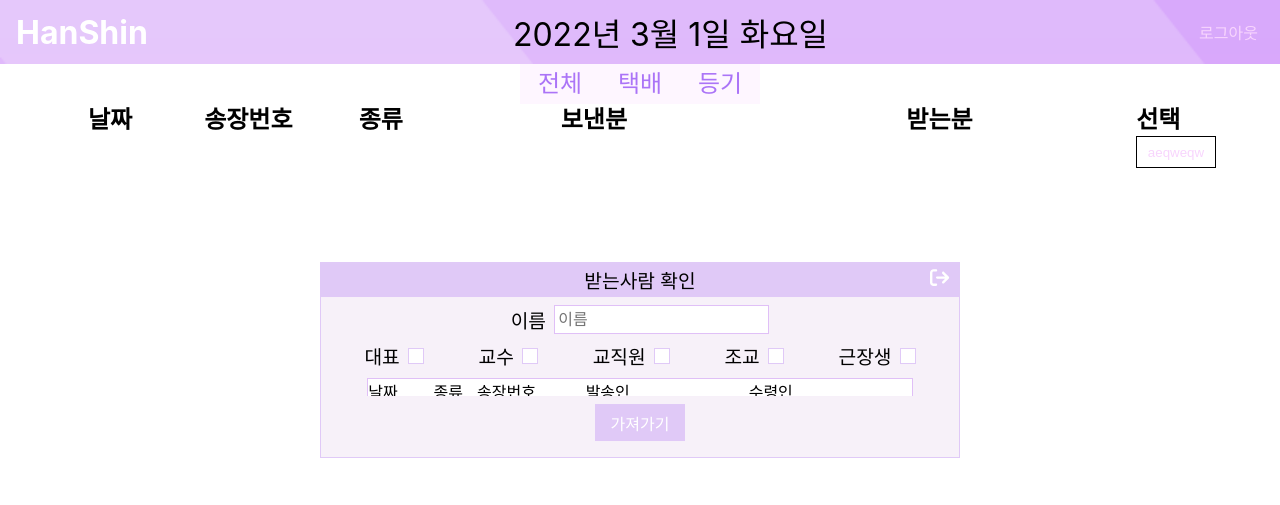
Repository: SeungYn/hanshinClient
Page: /, after clicking the first element matching `button.package_d2e76_submitBtn`
These files come from the project's save history. The page is drawn as it stood at one moment and after a run of saves; the edit follows.
The browser window is 1280 px wide. The pictures show the whole page.
The page's requests for data from a server got no answer. The project was rebuilt for these pictures with package versions that can differ from the ones it lists, and the page was loaded fresh each time. No one was signed in, and anything a server would have sent is missing. Also part of the build but not shown: src/App.css, src/components/item/item.jsx, src/components/addboxs/addBoxs.jsx.

Above is the page before, as saved 2022-03-01 03:14:31.

### public/index.html
<!DOCTYPE html>
<html lang="en">
  <head>
    <meta charset="utf-8" />
    <link rel="icon" href="%PUBLIC_URL%/favicon.ico" />
    <meta name="viewport" content="width=device-width, initial-scale=1" />
    <meta name="theme-color" content="#000000" />
    <meta
      name="description"
      content="Web site created using create-react-app"
    />
  </head>
  <body>
    <div id="root"></div>
  </body>
</html>

### src/index.css
html {
  height: 100%;
}
body {
  margin: 0;
  font-family: -apple-system, BlinkMacSystemFont, 'Segoe UI', 'Roboto', 'Oxygen',
    'Ubuntu', 'Cantarell', 'Fira Sans', 'Droid Sans', 'Helvetica Neue',
    sans-serif;
  -webkit-font-smoothing: antialiased;
  -moz-osx-font-smoothing: grayscale;
  height: 100%;
}
h1 {
  margin: 0;
}
code {
  font-family: source-code-pro, Menlo, Monaco, Consolas, 'Courier New',
    monospace;
}

* {
  box-sizing: border-box;
}
p,
h2 {
  margin: 0;
  padding: 0;
}

ul {
  list-style: none;
  margin: 0;
  padding: 0;
}

input[type='text'] {
  border: 1px solid #e0bff7;
}

### src/App.jsx
import './App.css';
import Header from './components/header/header';
import Package from './components/package/package';
import { Route, Routes } from 'react-router-dom';
import AddBoxs from './components/addboxs/addBoxs';
function App() {
  return (
    <div className='app'>
      <Header />
      <Routes>
        <Route exact path='/' element={<Package />} />
        <Route exact path='/add' element={<AddBoxs />} />
      </Routes>
    </div>
  );
}

export default App;

### src/components/header/header.jsx
import React, { useEffect, useState } from 'react';
import styles from './header.module.css';

const Header = (props) => {
  const [date, setDate] = useState(new Date());
  const [month, setMonth] = useState('');
  const [year, setYear] = useState('');
  const [day, setDay] = useState('');
  const [dates, setDates] = useState('');

  useEffect(() => {
    setMonth(date.getMonth() + 1);
    switch (date.getDay()) {
      case 0:
        setDay('일');
        break;
      case 1:
        setDay('월');
        break;
      case 2:
        setDay('화');
        break;
      case 3:
        setDay('수');
        break;
      case 4:
        setDay('목');
        break;
      case 5:
        setDay('금');
        break;
      case 6:
        setDay('토');
        break;
    }
    setYear(date.getFullYear());
    setDates(date.getDate());
  }, [date, month, year, dates, day]);

  return (
    <header className={styles.headers}>
      <h1 className={styles.title}>HanShin</h1>
      <p
        className={styles.day}
      >{`${year}년 ${month}월 ${dates}일 ${day}요일`}</p>
      <nav className={styles.menu}>
        <button className={styles.menu__item}>로그아웃</button>
      </nav>
    </header>
  );
};

export default Header;

### src/components/package/package.jsx
import React, { useEffect, useState } from 'react';
import Item from '../item/item';
import ReceiverInput from '../receiverInput/receiverInput';
import styles from './package.module.css';

const Package = (props) => {
  const [item, setItem] = useState([]);

  const [selectedPackages, setSelectedPackages] = useState([]);
  const [receiverInputActivate, setReceiverInputActivate] = useState(false);

  const addList = (box) => {
    //축약 : setSelectedPackages([...selectedPackages, box]);
    const list = [...selectedPackages, box];
    setSelectedPackages(list);
  };

  const removeList = (box) => {
    const list = selectedPackages.filter((item) => {
      if (item.boxId !== box.boxId) {
        return item;
      }
    });

    setSelectedPackages(list);
  };

  const onSubmit = () => {
    console.log(selectedPackages);
    setReceiverInputActivate(true);
  };

  useEffect(() => {
    fetch('http://localhost:8080/packages/') //
      .then((data) => data.json())
      .then((data) => setItem(data));
  }, []);

  return (
    <div className={styles.package}>
      <nav className={styles.navbar}>
        <div className={styles.navbar__item}>전체</div>
        <div className={styles.navbar__item}>택배</div>
        <div className={styles.navbar__item}>등기</div>
      </nav>

      <section className={styles.contents}>
        <ul className={styles.itemList}>
          <li className={styles.items}>
            <h2 className={styles.item}>날짜</h2>
            <h2 className={styles.item}>송장번호</h2>
            <h2 className={styles.item}>종류</h2>
            <h2 className={styles.item}>보낸분</h2>
            <h2 className={styles.item}>받는분</h2>
            <h2 className={styles.item}>선택</h2>
          </li>
          {item.map((box) => (
            <Item
              key={box.boxId}
              item={box}
              addList={addList}
              removeList={removeList}
            />
          ))}
        </ul>
      </section>
      <button className={styles.submitBtn} onClick={onSubmit}>
        aeqweqw
      </button>
      {receiverInputActivate ? (
        <ReceiverInput selectedPackages={selectedPackages} />
      ) : (
        ''
      )}
    </div>
  );
};

export default Package;

### src/components/header/header.module.css
.headers {
  background: no-repeat url('./backimg.png');
  background-size: cover;
  height: 4rem;
  display: flex;
  justify-content: space-between;
  align-items: center;
  padding: 0.1rem 1rem;
}

.title {
  color: white;
}
.day {
  font-size: 2rem;
}
.menu__item {
  border: 0;
  background: none;
  font-size: 1rem;
}

### src/components/receiverInput/receiverInput.jsx
import React from 'react';
import styles from './receiverInput.module.css';
import { FontAwesomeIcon } from '@fortawesome/react-fontawesome';
import { faArrowRightFromBracket } from '@fortawesome/free-solid-svg-icons';

const ReceiverInput = ({ selectedPackages }) => {
  console.log(selectedPackages);
  return (
    <form className={styles.receiverForm}>
      <header className={styles.receiverForm__header}>
        <p className={styles.reveiverForm__header__title}>받는사람 확인</p>
        <p className={styles.reveiverForm__header__exit}>
          <FontAwesomeIcon icon={faArrowRightFromBracket}></FontAwesomeIcon>
        </p>
      </header>
      <section className={styles.receiverForm__body}>
        <div className={styles.name__group}>
          <p className={styles.input__title}>이름</p>
          <input type='text' placeholder='이름' />
        </div>
        <ul className={styles.radio__group}>
          <li className={styles.radio__label__group}>
            <label htmlFor='대표' className={styles.radio__label}>
              대표
            </label>
            <input type='radio' id='대표' name='position' value='대표' />
            <label htmlFor='대표' className={styles.checkedBox}></label>
          </li>

          <li className={styles.radio__label__group}>
            <label htmlFor='교수' className={styles.radio__label}>
              교수
            </label>
            <input type='radio' id='교수' name='position' value='교수' />
            <label htmlFor='교수' className={styles.checkedBox}></label>
          </li>
          <li className={styles.radio__label__group}>
            <label htmlFor='교직원' className={styles.radio__label}>
              교직원
            </label>
            <input type='radio' id='교직원' name='position' value='교직원' />
            <label htmlFor='교직원' className={styles.checkedBox}></label>
          </li>
          <li className={styles.radio__label__group}>
            <label htmlFor='조교' className={styles.radio__label}>
              조교
            </label>
            <input type='radio' id='조교' name='position' value='조교' />
            <label htmlFor='조교' className={styles.checkedBox}></label>
          </li>
          <li className={styles.radio__label__group}>
            <label htmlFor='근장생' className={styles.radio__label}>
              근장생
            </label>
            <input type='radio' id='근장생' name='position' value='근장생' />
            <label htmlFor='근장생' className={styles.checkedBox}></label>
          </li>
        </ul>

        <ul className={styles.packageList}>
          <li>
            <span>날짜</span>
            <span>종류</span>
            <span>송장번호</span>
            <span>발송인</span>
            <span>수령인</span>
          </li>
          {selectedPackages.map((item) => (
            <li key={item.boxId}>
              <span>{item.date}</span>
              <span>{item.kind}</span>
              <span>{item.boxId}</span>
              <span>{item.sender}</span>
              <span>{item.receiver}</span>
            </li>
          ))}
        </ul>
      </section>
      <div className={styles.receiverForm__Footer}>
        <button
          type='button'
          className={`${styles.receiverBtn} ${styles.check}`}
        >
          가져가기
        </button>
      </div>
    </form>
  );
};

export default ReceiverInput;

### src/components/package/package.module.css
.package {
  width: 100%;
  height: 100%;
  display: flex;
  flex-direction: column;
  align-items: center;
}

.navbar {
  display: flex;
  justify-content: center;
  color: #ab74f7;
  width: 100%;
}

.navbar__item {
  text-align: center;
  line-height: 1.5rem;
  font-size: 1.5rem;
  flex-basis: 5rem;
  background-color: #fef6ff;
  padding: 0.5rem;
}

.navbar__item:hover {
  background-color: #ab74f7;
  color: #fef6ff;
  cursor: pointer;
}

.itemList {
  height: 100%;
  display: grid;
  grid-auto-rows: minmax(2rem, auto);
}

.items {
  display: grid;
  grid-template-columns: 8% 16% 7% 30% 30% 8%;
  height: 2rem;
}

h2 {
  text-align: center;
  line-height: 2rem;
}

.contents {
  width: 90%;
}

.submitBtn {
  align-self: flex-end;
  margin-right: 5%;
  border: 1px solid black;
  height: 2rem;
  width: 5rem;
}

.submitBtn:hover {
  cursor: pointer;
}

### src/components/addboxs/addBoxs.module.css
input:focus {
  outline: none;
}

.addContainer {
  width: 100%;
  height: 100%;
  display: flex;
  flex-direction: column;
  align-items: center;
}

.addFormHeader {
  width: 100%;
  display: grid;
  grid-template-columns: 8% 12% 4% 24% 24% 10% 7% 7% 2%;
  justify-content: center;
  color: #8541f6;
  column-gap: 0.2rem;
}

.item {
  font-size: 1rem;
}

.addForm {
  width: 100%;
  height: 100%;
  padding: 1rem;
}
/* 8% 10% 5% 27% 27% 8% 7% 7%; */
.items {
  display: grid;
  grid-template-columns: 8% 12% 4% 24% 24% 10% 7% 7% 2%;
  align-items: center;
  column-gap: 0.2rem;
  margin-top: 0.5rem;
}
.minus {
  padding: 0;
}

input[type='text'] {
  height: 1.8rem;
  font-size: 1rem;
  padding: 0.8rem 0.2rem;
}

.countText {
  border: 1px solid #8541f6;
}

button {
  background-color: transparent;
  border: none;
  color: #f8d5fd;
}
.bottom {
  height: 100%;
  width: 100%;
  display: flex;
  justify-content: space-between;
  padding: 0 1rem;
}
.bottomBtn {
  display: flex;
}

.bottom::before {
  content: '.';
  color: transparent;
}

.addBtn:hover {
  cursor: pointer;
  color: #e5a3ff;
}

.sendBtn {
  font-size: 1rem;
}

.test {
  width: 112px;
}

### src/components/item/item.module.css
.items {
  display: grid;
  grid-template-columns: 8% 17% 7% 30% 30% 8%;
  align-items: center;
  border: 1px solid black;
}

.items p:not(:last-child) {
  border-right: 1px solid black;
  height: 100%;
  display: flex;
  align-items: center;
  justify-content: center;
}

.items:hover {
  background-color: #fef6ff;
}

p {
  /* 크기를 넘기면 자동으로 줄바꿈 */
  text-align: center;
  overflow-wrap: break-word;
  font-size: 1.2rem;
}

.selectBtn {
  color: white;
  background-color: #ab74f7;
  width: 100%;
  height: 100%;
}

.selected {
  background-color: black;
}

.unSelected {
  background-color: #ab74f7;
}

.selectBtn:hover {
  cursor: pointer;
}

### src/components/receiverInput/receiverInput.module.css
.receiverForm {
  /* #e0c9f7 */
  background-color: #f7f1f9;
  width: 50%;
  position: fixed;
  top: 50%;
  left: 50%;
  transform: translate(-50%, -50%);
  display: flex;
  flex-direction: column;
  align-items: center;
  border: 1px solid #e0c9f7;
}

.receiverForm__header {
  background-color: #e0c9f7;
  position: relative;
  display: flex;
  justify-content: center;
  padding: 0.2rem 0;
  width: 100%;
}

.reveiverForm__header__exit {
  position: absolute;
  right: 10px;
  color: white;
}

.receiverForm__body {
  padding: 0px 1rem;
  width: 100%;
  display: flex;
  flex-direction: column;
  align-items: center;
}

.radio__group {
  display: flex;
  font-size: 1.2rem;
  justify-content: space-around;
  width: 100%;
  margin-top: 0.5rem;
  align-items: center;
}

input[type='radio'] {
  display: none;
}

.checkedBox {
  display: block;
  border: 1px solid #e0c9f7;
  background-color: white;
  margin-left: 0.5rem;
  width: 1rem;
  height: 1rem;
  display: flex;
  justify-content: center;
  align-items: center;
}

.checkedBox:after {
  content: '';
  display: block;

  width: 0.6rem;
  height: 0.6rem;
}

input[type='radio']:checked + .checkedBox:after {
  background-color: #a376ef;
}

.radio__label__group {
  display: flex;
  align-items: center;
}

.name__group {
  display: flex;
  margin-top: 0.5rem;
  align-items: center;
}

.input__title {
  margin-right: 0.5rem;
}

.receiverForm__Footer {
  margin-bottom: 1rem;
}

.packageList {
  width: 90%;
  background-color: white;
  max-height: 50%;
  overflow: scroll;
  margin-top: 0.5rem;
  border: 1px solid #e0bff7;
  margin-bottom: 0.5rem;
}

.packageList li {
  display: grid;
  grid-template-columns: 12% 8% 20% 30% 30%;
  grid-template-rows: 1rem;
}

.check {
  padding: 0.4rem 1rem;
  background-color: #e0c9f7;
  color: white;
  font-size: 1rem;
}

.cancel {
  background-color: #e0bff7;
}

Loaded but not shown: src/index.js (common file)

After the next 2 saves:
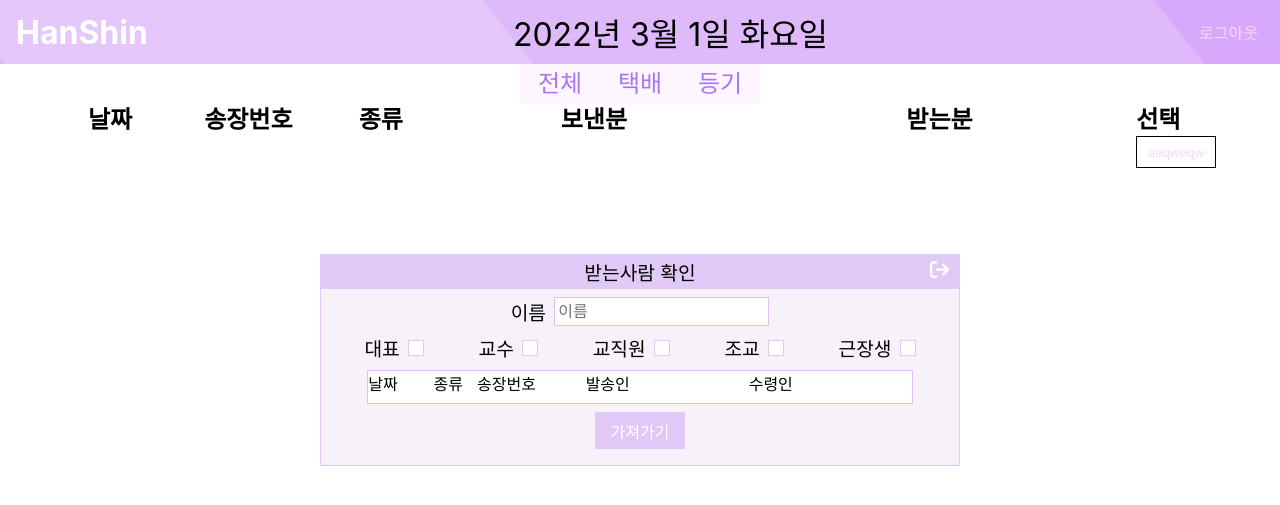
The 2 saves are shown as one change because they came seconds apart.
The last was saved 7 s later.
--- a/src/components/receiverInput/receiverInput.module.css
+++ b/src/components/receiverInput/receiverInput.module.css
@@ -104,7 +104,7 @@ input[type='radio']:checked + .checkedBox:after {
 .packageList li {
   display: grid;
   grid-template-columns: 12% 8% 20% 30% 30%;
-  grid-template-rows: 1rem;
+  grid-template-rows: 2rem;
 }
 
 .check {
